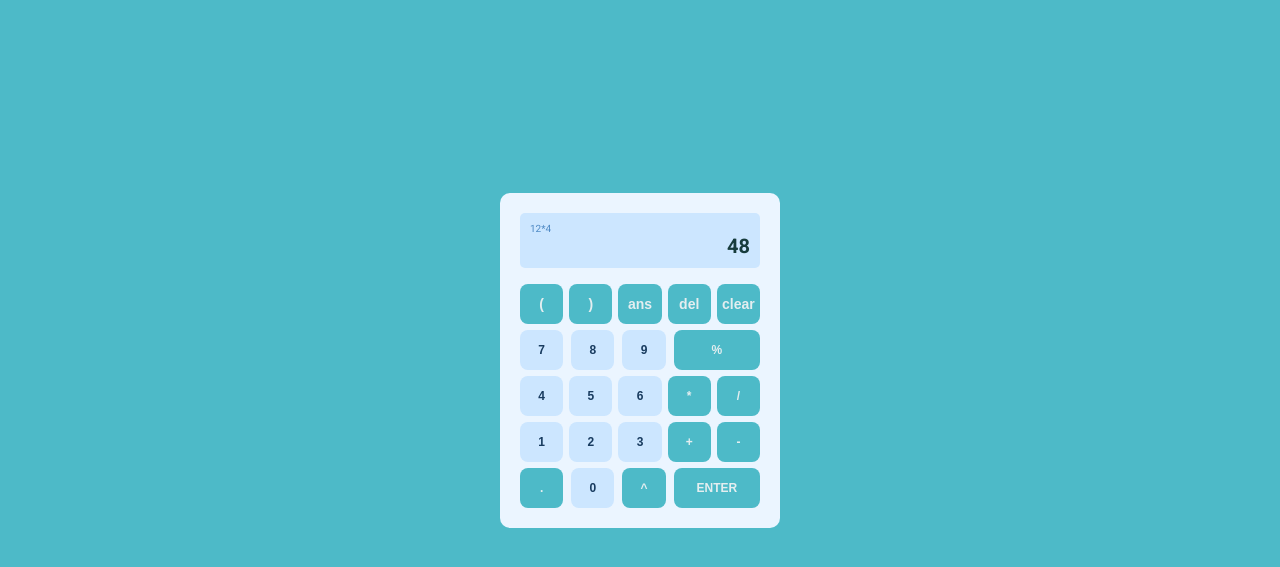
Repository: Herinyhert/Calculate-infix-a-postfix
Page: index.html
These files come from the project's save history. The page is drawn as it stood at one moment and after a run of saves; the edit follows.
The browser window is 1280 px wide. The pictures show the whole page.

Above is the page before, as saved 2023-11-02 21:22:30.

After the next 2 saves:
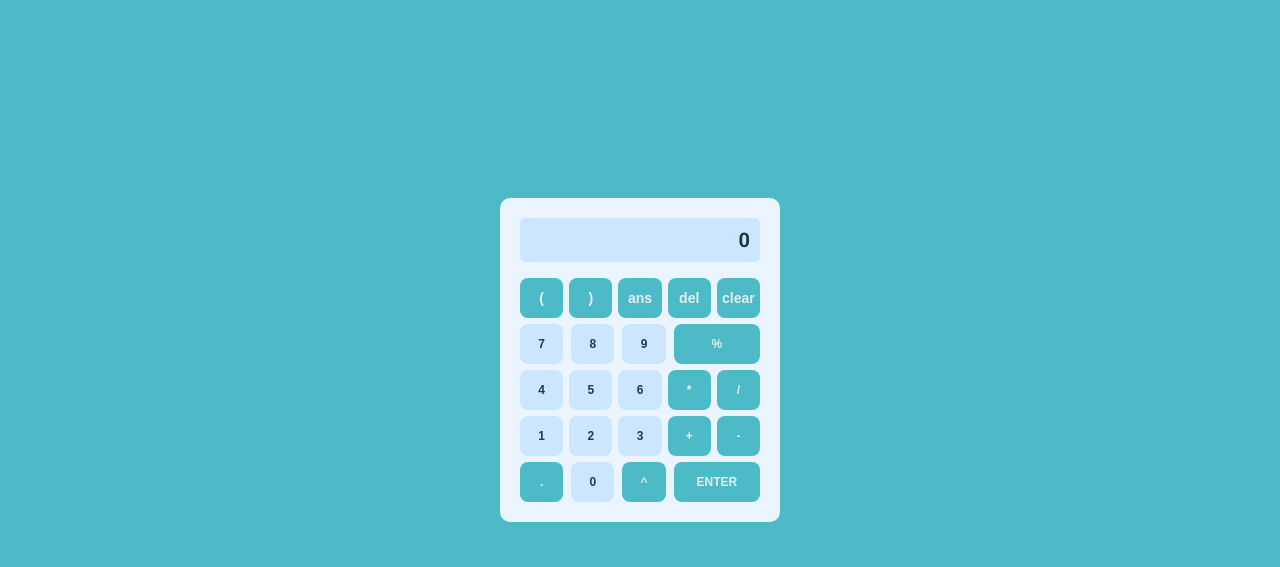
The 2 saves are shown as one change because they came seconds apart.
The last was saved 4 min 17 s later.
--- a/index.html
+++ b/index.html
@@ -15,8 +15,8 @@
   <body>
     <div class="caculate-container">
       <div class="calculator-result-preview">
-        <div id="operation">12*4</div>
-        <div id="operation-result">48</div>
+        <div id="operation"></div>
+        <div id="operation-result">0</div>
       </div>
       <div id="calculator-buttons"></div>
     </div>
